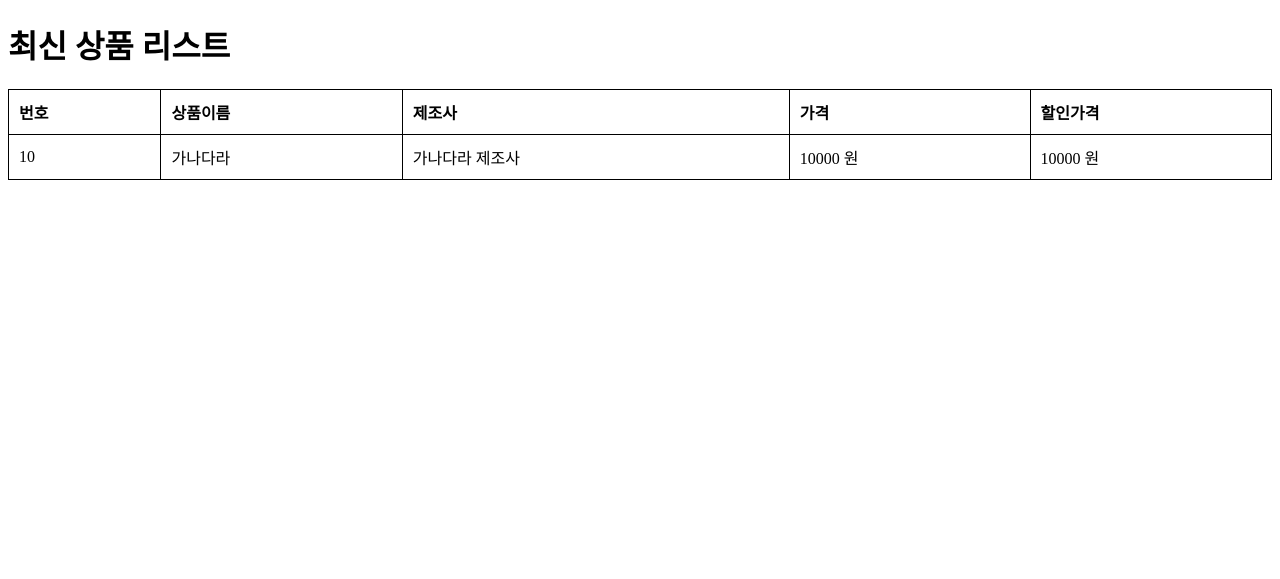
Repository: benpark0613/basic
Page: http://localhost/sample/product/list.jsp
These files come from the project's save history. The page is drawn as it stood at one moment and after the next save; the edit follows.
The browser window is 1280 px wide. The pictures show the whole page.
The page is served by Tomcat 9.

Above is the page before, as saved 2021-11-09 05:38:20.

After the next save:
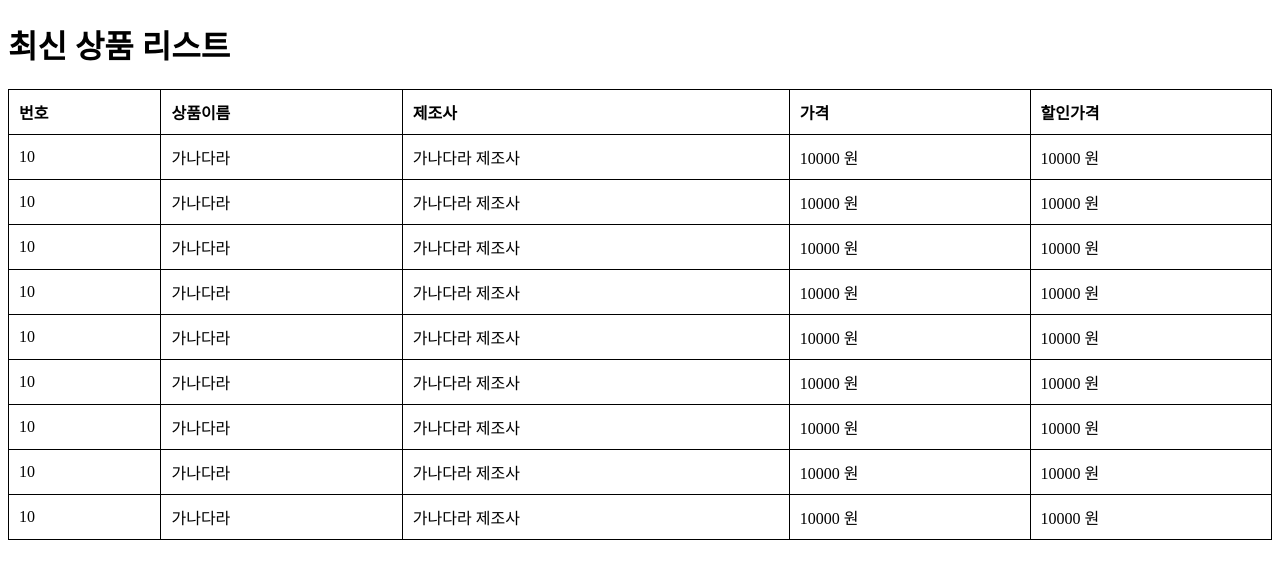
Saved 79 s later.
--- a/HR_app/sample/src/main/webapp/product/list.jsp
+++ b/HR_app/sample/src/main/webapp/product/list.jsp
@@ -46,6 +46,9 @@
 			</tr>
 		</thead>
 		<tbody>
+	<%
+		for (Product product : productList) {
+	%>
 			<tr>
 				<td>10</td>
 				<td>가나다라</td>
@@ -53,6 +56,9 @@
 				<td>10000 원</td>
 				<td>10000 원</td>
 			</tr>
+	<%
+		}
+	%>
 		</tbody>
 	</table>
 </body>
